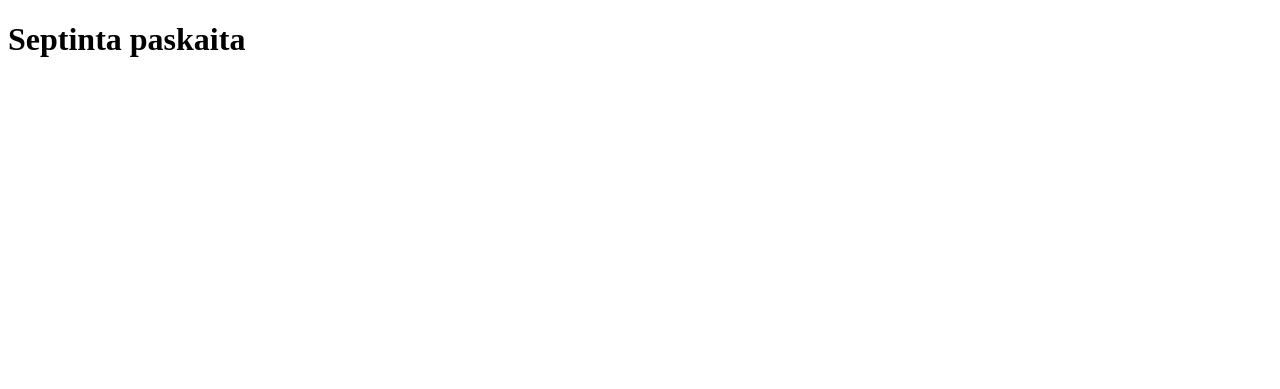
Repository: motiejus1/07-paskaita-05.31
Page: index.html
The author's editor kept a copy of each file at every save. The page is drawn from the files as they stood at one save, then again after a run of saves.
The browser window is 1280 px wide. The pictures show the whole page.

Above is the page before, as saved 2021-06-10 18:26:50.

After the next 4 saves:
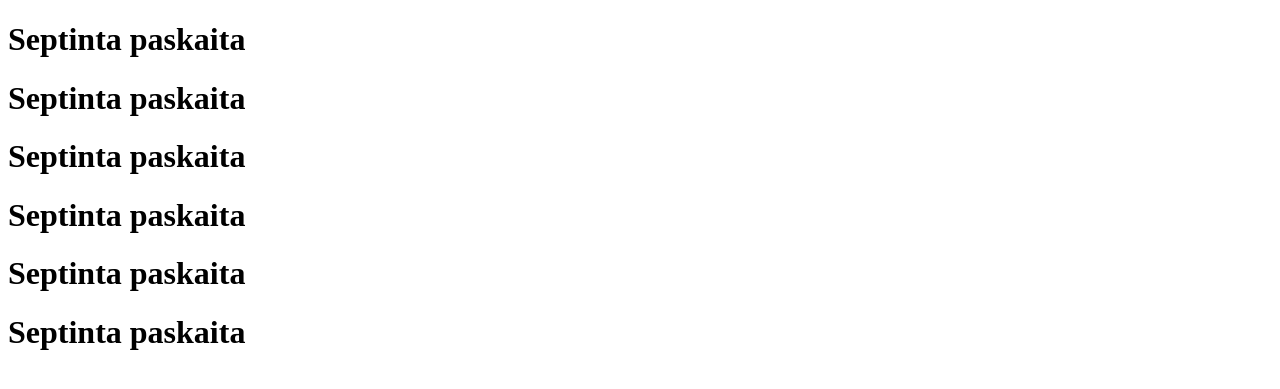
The 4 saves are shown as one change because they came seconds apart.
The last was saved 15 s later.
--- a/index.html
+++ b/index.html
@@ -8,5 +8,10 @@
 </head>
 <body>
     <h1>Septinta paskaita</h1>
+    <h1>Septinta paskaita</h2>
+    <h1>Septinta paskaita</h3>
+    <h1>Septinta paskaita</h4>
+    <h1>Septinta paskaita</h5>
+    <h1>Septinta paskaita</h1>
 </body>
 </html>
